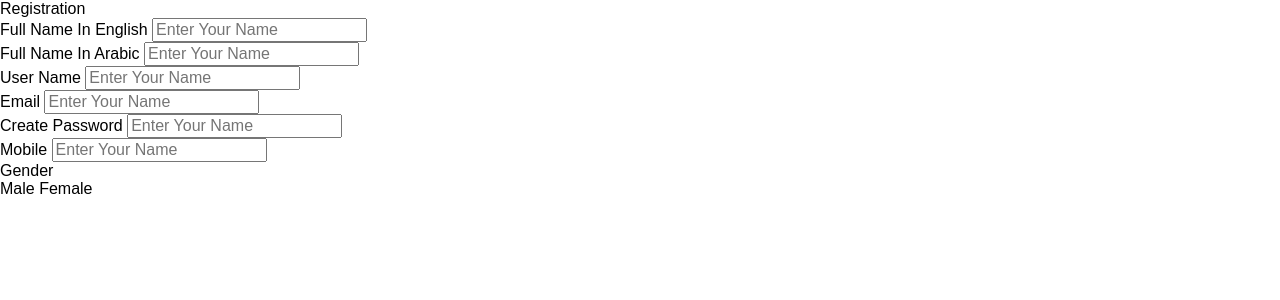
Repository: special4Party/Graduation-project-wedding-hall
Page: include/temp/owner_register.html
These files come from the project's save history. The page is drawn as it stood at one moment and after the next save; the edit follows.
The browser window is 1280 px wide. The pictures show the whole page.

Above is the page before, as saved 2022-04-14 16:23:29.

### include/temp/owner_register.html
<!DOCTYPE html>
<html lang="en">
<head>
    <meta charset="UTF-8">
    <link rel="stylesheet" href="/layout/css/owner_regis.css">
    <link rel="stylesheet" href="/layout/css/normalize.css">
    <title>Owner Register page</title>
</head>
<body>
    <div class="cntainer">
        <div class="title">Registration </div>
        <form action="#">
            <div class="user-details">
                <div class="input-box">
                    <span class="detail">Full Name In English</span>
                    <input type="text" placeholder="Enter Your Name" required>
                </div>
                <div class="input-box">
                    <span class="detail">Full Name In Arabic</span>
                    <input type="text" placeholder="Enter Your Name" required>
                </div>
                <div class="input-box">
                    <span class="detail">User Name</span>
                    <input type="text" placeholder="Enter Your Name" required>
                </div>
                <div class="input-box">
                    <span class="detail">Email</span>
                    <input type="text" placeholder="Enter Your Name" required>
                </div>
                <div class="input-box">
                    <span class="detail">Create Password</span>
                    <input type="text" placeholder="Enter Your Name" required>
                </div>
                <div class="input-box">
                    <span class="detail">Mobile</span>
                    <input type="text" placeholder="Enter Your Name" required>
                </div>
            </div>
            <div class="gender-details">
                <span class="gender-title">Gender</span>
                <div class="categury">
                    <label for="">
                        <span class="dot one"></span>
                        <span class="gender">Male</span>
                    </label>
                    <label for="">
                        <span class="dot one"></span>
                        <span class="gender">Female</span>
                    </label>
                </div>
            </div>
        </form>
    </div>
</body>
</html>

Loaded but not shown: layout/css/normalize.css (library); layout/css/owner_regis.css (no stored copy; drawn as an empty file)

After the next save:
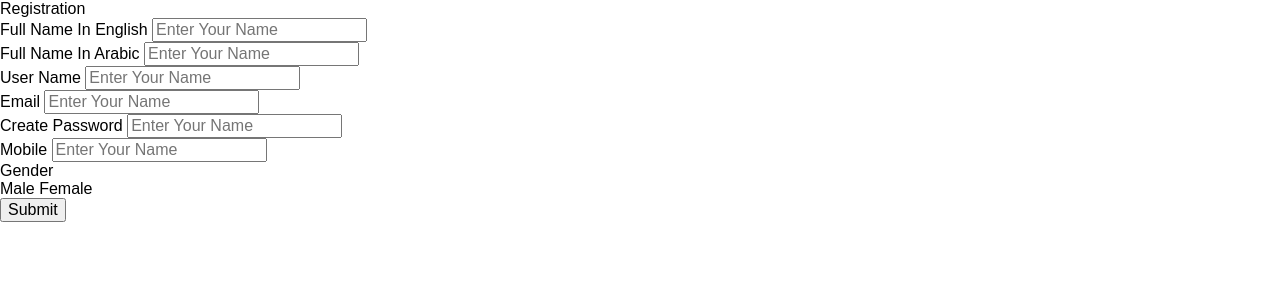
Saved 69 s later.
--- a/include/temp/owner_register.html
+++ b/include/temp/owner_register.html
@@ -49,6 +49,9 @@
                     </label>
                 </div>
             </div>
+            <div class="button">
+                <input type="submit">
+            </div>
         </form>
     </div>
 </body>
